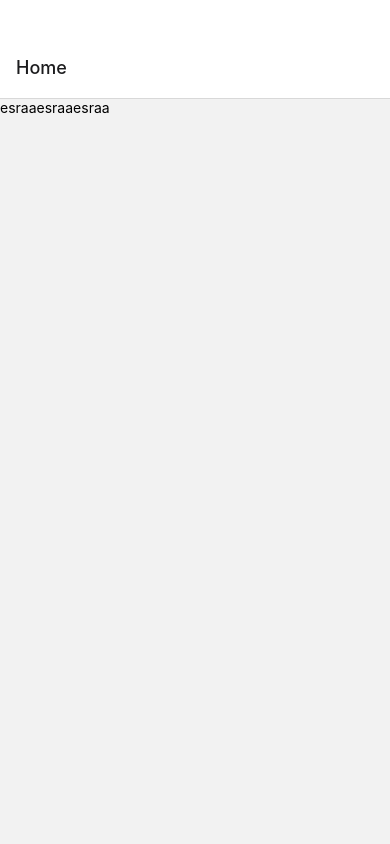
Repository: Esraa22M/ReactNative
Screen: /
These files come from the project's save history. The screen is drawn as it stood at one moment and after the next save; the edit follows.
The app was drawn by React Native's web renderer in a window 390 px wide. The project was rebuilt for these pictures with package versions that can differ from the ones it lists, and the page was loaded fresh each time. Also part of the build but not shown: src/components/header/header.component.js, src/colors/front-screen-colors/user-auth-colors.js, src/components/header/header.styles.js, src/components/textInput/textInput.styles.js, src/components/textInput/textInput.components.jsx, src/components/singup-form-body/singup-form-body.components.js, src/screens/front-screen/Singup/singup-screen.screens.jsx, src/authentication/api/login-info.js and 2 more.

Above is the screen before, as saved 2023-09-21 00:22:27.

### App.js
import { SafeAreaView } from "react-native";
import { singupStyles } from "./src/screens/front-screen/Singup/singup-screen.styles";
import { Singup } from "./src/screens/front-screen/Singup/singup-screen.screens";
import UserCard from "./src/screens/front-screen/user-card/user-card.screens";
import { NavigationContainer } from "@react-navigation/native";
import { createStackNavigator } from "@react-navigation/stack";
import { Home } from "./src/screens/front-screen/home/home.screens";
const Stack = createStackNavigator();
export default function App() {
  return (
    <SafeAreaView style={singupStyles.container}>
      {/* <UserCard /> */}
      <NavigationContainer>
        <Stack.Navigator>
          <Stack.Screen name="Home" component={Home} />
        </Stack.Navigator>
      </NavigationContainer>
    </SafeAreaView>
  );
}

### src/screens/front-screen/Singup/singup-screen.styles.jsx
import { StyleSheet } from "react-native";
export const singupStyles = StyleSheet.create({
  container: { flex: 1, marginTop: 35 },
});

### src/screens/front-screen/home/home.screens.js
import { View, Text } from "react-native";
import { Categories } from "../../../components/categories/categories.components";
export const Home = () => {
  return (
    <>
      <Categories />
    </>
  );
};

### src/components/categories/categories.components.js
import { categories } from "../../data/dummay__data";
import { FlatList } from "react-native";
import { CategoryItem } from "./category-item.components";
export const Categories = () => {
  function renderCategoryItem(itemData) {
    return <CategoryItem item={itemData.item} />;
  }
  return (
    <FlatList
      numColumns={3}
      data={categories}
      renderItem={renderCategoryItem}
      keyExtractor={(item) => item.id}
    />
  );
};

### src/data/dummay__data.js
import { Category } from "../modal/category.modals";
export const categories = [
  new Category(
    "1pizza",
    "Pizza",
    "https://img.freepik.com/free-vector/flying-slice-pizza-cartoon-vector-illustration-fast-food-concept-isolated-vector-flat-cartoon-style_138676-1934.jpg?w=740&t=st=1695067102~exp=1695067702~hmac=7d47136b0dff2be87480dc1a22a28658daa67f706d90b59d117303a312dc6c16"
  ),
  new Category(
    "sea_food2",
    "sea food",
    "https://img.freepik.com/free-vector/seafood-products-set_98292-1624.jpg?w=740&t=st=1695067277~exp=1695067877~hmac=62082bdd900b5c830349f2bb8f3cd3466fcfb5395c4f24459194aeaeb256cb2c"
  ),
  new Category(
    "3softDrinks",
    "soft drinks",
    "https://img.freepik.com/free-vector/soda-cups-drink_24877-57922.jpg?w=740&t=st=1695067422~exp=1695068022~hmac=60b80d144880f8a8413a85c867ecfc35a38170c71354acfc84aa5b82ae30d594"
  ),
];

### src/components/categories/category-item.components.js
import { View, Text, Image } from "react-native";
export const CategoryItem = ({ item }) => {
  const { name, image } = item;
  console.log(item);
  return (
    <View>
      <Text>esraa</Text>
    </View>
  );
};

### src/modal/category.modals.js
export class Category {
  constructor(id, name, image) {
    this.id = id;
    this.name = name;
    this.image = image;
  }
}

After the next save:
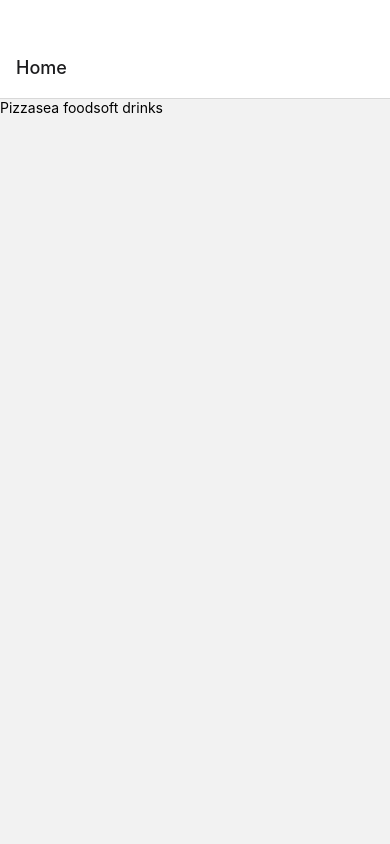
Saved 10 s later.
--- a/src/components/categories/category-item.components.js
+++ b/src/components/categories/category-item.components.js
@@ -4,7 +4,7 @@ export const CategoryItem = ({ item }) => {
   console.log(item);
   return (
     <View>
-      <Text>esraa</Text>
+      <Text>{name}</Text>
     </View>
   );
 };
